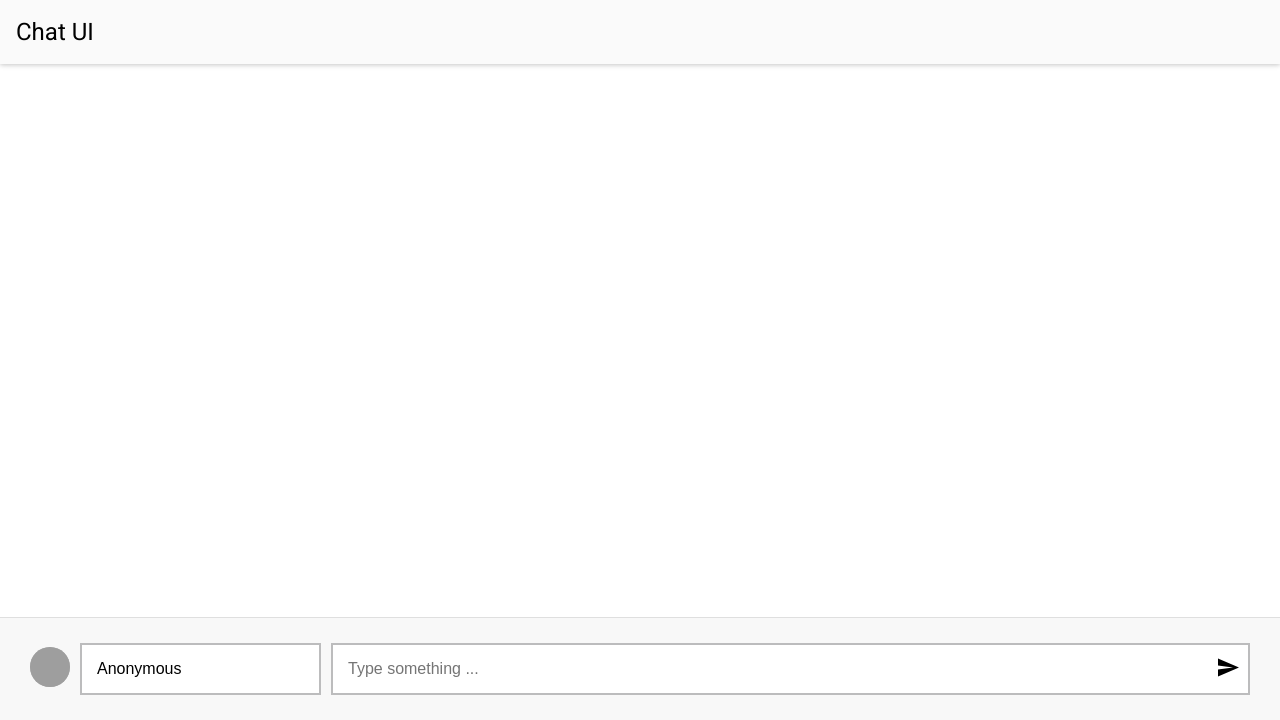
Repository: Faradey27/chat-ui
Page: /
An editor plug-in stored every save of this project. The page is shown before and after the next save, followed by the edit.
The browser window is 1280 px wide. The pictures show the whole page.
Pictures or frames that could not be fetched are drawn as grey boxes. The page's requests for data from a server got no answer. The project was rebuilt for these pictures with package versions that can differ from the ones it lists, and the page was loaded fresh each time. No one was signed in, and anything a server would have sent is missing. Also part of the build but not shown: src/components/MessageUsername/MessageUsername.js, src/components/MessageUsername/index.js, src/components/MessageText/MessageText.js, src/components/MessageText/index.js, src/components/MessageDate/MessageDate.js, src/components/MessageDate/index.js, src/components/Message/Message.js.

Above is the page before, as saved 2018-03-03 23:34:50.

### public/index.html
<!DOCTYPE html>
<html lang="en">
  <head>
    <meta charset="utf-8">
    <meta name="viewport" content="width=device-width, initial-scale=1, shrink-to-fit=no">
    <meta name="theme-color" content="#000000">
    <link rel="manifest" href="%PUBLIC_URL%/manifest.json">
    <link rel="shortcut icon" href="%PUBLIC_URL%/favicon.ico">
    <link href="https://fonts.googleapis.com/css?family=Roboto:300,400,700" rel="stylesheet">
    <title>Chat UI</title>
  </head>
  <body>
    <noscript>
      You need to enable JavaScript to run this app.
    </noscript>
    <div id="root"></div>
  </body>
</html>

### src/index.js
import React from 'react';
import ReactDOM from 'react-dom';
import { Provider } from 'react-redux';
import { MuiThemeProvider } from 'material-ui/styles';

import io from "socket.io-client";
import Chat from './containers/Chat';
import configureStore from './data/store/configureStore';
import SocketConnector from './services/SocketConnector';
import StorageConnector from './services/StorageConnector';
import registerServiceWorker from './services/pwa/registerServiceWorker';

import './index.css';

// setuped sockets
const socketIO = io("https://spotim-demo-chat-server.herokuapp.com");
const socket = new SocketConnector({eventName: 'spotim/chat', socket: socketIO});

// setuped redux related things
const storage = new StorageConnector({appName: 'chat-ui-user', storage: window.localStorage}); // localStorage or session storage
const savedUser = storage.getItem('store.user');
const preloadedState = {user: savedUser || {name: 'Anonymous', avatar: ''}};
const reduxStore = configureStore(preloadedState, storage);


ReactDOM.render(
  <Provider store={reduxStore}>
    <MuiThemeProvider>
      <Chat socket={socket}/>
    </MuiThemeProvider>
  </Provider>,
  document.getElementById('root')
);

/*
  As we want to be PWA app, we need to become offline friendly, for this reason we register service worker
*/
registerServiceWorker();

### src/data/store/configureStore.js
if (process.env.NODE_ENV === 'production' || process.env.NODE_ENV === 'test') {
  module.exports = require('./configureStore.prod')
} else {
  module.exports = require('./configureStore.dev')
}

### src/services/SocketConnector.js
import { CHAT_IDENTEFICATOR } from './../config';

const isValidMessage = (message) => message.id && message.text && message.user && message.date;
const isAuthorizedMessage = (message) => message.identificator === CHAT_IDENTEFICATOR;

class SocketConnector {
  eventName = '';
  socket = null;
  connected = false;

  constructor({eventName, socket}) {
    this.eventName = eventName;
    this.socket = socket;
  }

  connect = ({onMessage}) => {
    this.socket.on("connect", () => {
      console.info("connected to chat server!");
      this.connected = true;
    });
    this.socket.on(this.eventName, (message) => this.handleMessage({message, onMessage}));
    this.socket.on("disconnect", () => {
      console.info("disconnected to chat server!");
      this.connected = false;
    });
  }

  handleMessage = ({message, onMessage}) => {
    // as our api services do not have any auth or any client separation, we need to detect somehow just our messages
    if (!isAuthorizedMessage(message)) {
      console.info('We received message from bad guys');
      return -1;
    }
    // we want to skip bad messages
    if (!isValidMessage(message)) {
      console.info('We received invalid message');
      return -1;
    }

    onMessage(message)
  }

  emitMessage(message) {
    this.socket.emit(this.eventName, message);
  }
}

export default SocketConnector;

### src/services/StorageConnector.js
class SocketConnector {
  appName = '';
  storage = null;

  constructor({appName, storage}) {
    this.appName = appName;
    this.storage = storage;
  }

  _getMaskedKey = (key) => `${this.appName}-${key}`;

  setItem(key, value) {
    this.storage.setItem(this._getMaskedKey(key), JSON.stringify(value));
  }

  getItem(key) {
    const item = this.storage.getItem(this._getMaskedKey(key));
    if (!item) {
      return '';
    }

    try {
      return JSON.parse(item);
    } catch (e) {
      throw e;
    }
  }

  removeItem(key) {
    this.storage.removeItem(this._getMaskedKey(key));
  }
}

export default SocketConnector;

### src/services/pwa/registerServiceWorker.js
// In production, we register a service worker to serve assets from local cache.

// This lets the app load faster on subsequent visits in production, and gives
// it offline capabilities. However, it also means that developers (and users)
// will only see deployed updates on the "N+1" visit to a page, since previously
// cached resources are updated in the background.

// To learn more about the benefits of this model, read https://goo.gl/KwvDNy.
// This link also includes instructions on opting out of this behavior.

const isLocalhost = Boolean(
  window.location.hostname === 'localhost' ||
    // [::1] is the IPv6 localhost address.
    window.location.hostname === '[::1]' ||
    // 127.0.0.1/8 is considered localhost for IPv4.
    window.location.hostname.match(
      /^127(?:\.(?:25[0-5]|2[0-4][0-9]|[01]?[0-9][0-9]?)){3}$/
    )
);

export default function register() {
  if (process.env.NODE_ENV === 'production' && 'serviceWorker' in navigator) {
    // The URL constructor is available in all browsers that support SW.
    const publicUrl = new URL(process.env.PUBLIC_URL, window.location);
    if (publicUrl.origin !== window.location.origin) {
      // Our service worker won't work if PUBLIC_URL is on a different origin
      // from what our page is served on. This might happen if a CDN is used to
      // serve assets; see https://github.com/facebookincubator/create-react-app/issues/2374
      return;
    }

    window.addEventListener('load', () => {
      const swUrl = `${process.env.PUBLIC_URL}/service-worker.js`;

      if (isLocalhost) {
        // This is running on localhost. Lets check if a service worker still exists or not.
        checkValidServiceWorker(swUrl);

        // Add some additional logging to localhost, pointing developers to the
        // service worker/PWA documentation.
        navigator.serviceWorker.ready.then(() => {
          console.log(
            'This web app is being served cache-first by a service ' +
              'worker. To learn more, visit https://goo.gl/SC7cgQ'
          );
        });
      } else {
        // Is not local host. Just register service worker
        registerValidSW(swUrl);
      }
    });
  }
}

function registerValidSW(swUrl) {
  navigator.serviceWorker
    .register(swUrl)
    .then(registration => {
      registration.onupdatefound = () => {
        const installingWorker = registration.installing;
        installingWorker.onstatechange = () => {
          if (installingWorker.state === 'installed') {
            if (navigator.serviceWorker.controller) {
              // At this point, the old content will have been purged and
              // the fresh content will have been added to the cache.
              // It's the perfect time to display a "New content is
              // available; please refresh." message in your web app.
              console.log('New content is available; please refresh.');
            } else {
              // At this point, everything has been precached.
              // It's the perfect time to display a
              // "Content is cached for offline use." message.
              console.log('Content is cached for offline use.');
            }
          }
        };
      };
    })
    .catch(error => {
      console.error('Error during service worker registration:', error);
    });
}

function checkValidServiceWorker(swUrl) {
  // Check if the service worker can be found. If it can't reload the page.
  fetch(swUrl)
    .then(response => {
      // Ensure service worker exists, and that we really are getting a JS file.
      if (
        response.status === 404 ||
        response.headers.get('content-type').indexOf('javascript') === -1
      ) {
        // No service worker found. Probably a different app. Reload the page.
        navigator.serviceWorker.ready.then(registration => {
          registration.unregister().then(() => {
            window.location.reload();
          });
        });
      } else {
        // Service worker found. Proceed as normal.
        registerValidSW(swUrl);
      }
    })
    .catch(() => {
      console.log(
        'No internet connection found. App is running in offline mode.'
      );
    });
}

export function unregister() {
  if ('serviceWorker' in navigator) {
    navigator.serviceWorker.ready.then(registration => {
      registration.unregister();
    });
  }
}

### src/index.css
/*
  here we have global styles that need to be applied for whole page(like normalisation)
*/

body {
  margin: 0;
  padding: 0;
  font-family: Roboto;
}

### src/containers/Chat/Chat.js
import React from 'react';
import { func, instanceOf } from 'prop-types';
import { connect } from 'react-redux';
import AppBar from 'material-ui/AppBar';
import { grey50 } from 'material-ui/styles/colors';
import { css } from 'emotion';
import { addMessage } from './../../data/messages/messagesActions';
import SocketConnector from '../../services/SocketConnector';
import MessageCreationArea from './../MessageCreationArea';
import MessageListArea from './../MessageListArea';
import Column from './../../components/Column';

const chatStyles = css`
  height: 100vh;
  display: flex;
  flex-direction: column;
`;

class Chat extends React.Component {
  static propTypes = {
    socket: instanceOf(SocketConnector).isRequired,
    addMessage: func.isRequired, // dispatched action from react-redux
  }

  componentDidMount() {
    this.props.socket.connect({onMessage: this.props.addMessage})
  }

  handleMessageAdd = (message) => this.props.socket.emitMessage(message)

  render() {
    return (
      <div
        className={chatStyles}
        data-hook="chat"
      >
        <AppBar
          titleStyle={{color: 'initial'}}
          style={{ backgroundColor: grey50 }}
          iconElementLeft={<span/>}
          title="Chat UI"
        />
        <Column>
          <MessageListArea />
          <MessageCreationArea onMessageAdd={this.handleMessageAdd}/>
        </Column>
      </div>
    );
  }
}

export default connect(null, { addMessage })(Chat);

### src/data/store/configureStore.dev.js
import { createStore, applyMiddleware } from 'redux';
import { createLogger } from 'redux-logger';
import rootReducer from './rootReducer';
import saveUserToStorageMiddleware from './../middleware/saveUserToStorage';

const configureStore = (preloadedState, storage) => {
  const store = createStore(
    rootReducer,
    preloadedState,
    applyMiddleware(createLogger(), saveUserToStorageMiddleware(storage))
  );

  return store;
}

export default configureStore;

### src/config.js
export const CHAT_IDENTEFICATOR = 'APPLICATION_INDENTIFICATOR_942345';

### src/data/messages/messagesActions.js
export const ADD_MESSAGE = 'ADD_MESSAGE';
export const addMessage = (message) => ({
  type: ADD_MESSAGE,
  message,
})

### src/containers/MessageCreationArea/index.js
export { default } from './MessageCreationArea';

### src/containers/MessageListArea/index.js
export { default } from './MessageListArea';

### src/components/Column/index.js
export {default} from './Column';

### src/data/store/rootReducer.js
import { combineReducers } from 'redux';
import messages from './../messages/messagesReducer';
import user from './../user/userReducer';

const rootReducer = combineReducers({
  messages,
  user,
});

export default rootReducer;

### src/data/middleware/saveUserToStorage.js
import { SET_USER_AVATAR, SET_USER_NAME } from './../user/userActions';

const middleware = (storage) => (store) => (next) => (action) => {
  next(action);

  if (action.type === SET_USER_AVATAR || action.type === SET_USER_NAME) {
    storage.setItem('store.user', store.getState().user);
  }
}

export default middleware;

### src/containers/MessageCreationArea/MessageCreationArea.js
import React from 'react';
import { shape, string, func } from 'prop-types';
import uuidv4 from 'uuid/v4';
import { connect } from 'react-redux';
import { selectUser } from './../../data/user/userSelectors';
import { setUserAvatar, setUsername } from './../../data/user/userActions';
import MessageCreationAreaView from './MessageCreationAreaView';
import { CHAT_IDENTEFICATOR } from './../../config';
import avatars from './../../assets/avatars';

const getRandomAvatar = () => avatars[Math.floor(Math.random() * avatars.length)]

class MessageCreationArea extends React.Component {
  static propTypes = {
    user: shape({ // from redux store
      name: string,
      avatar: string,
    }),
    setUserAvatar: func, // redux action
    setUsername: func, // redux action
    onMessageAdd: func.isRequired,
  }

  state = {
    messageText: '',
  }

  componentDidMount() {
    if (!this.props.user.avatar) {
      this.props.setUserAvatar(getRandomAvatar());
    }
  }

  handleMessageChange = (messageText) => this.setState({messageText})

  handleMessageAdd = () => {
    if (!this.state.messageText) {
      return null;
    }

    this.props.onMessageAdd({
      id: uuidv4(),
      text: this.state.messageText,
      date: Date.now(),
      user: {
        name: this.props.user.name,
        avatar: this.props.user.avatar,
      },
      identificator: CHAT_IDENTEFICATOR
    });

    this.resetMessage();
  }

  resetMessage = () => this.handleMessageChange('')

  render() {
    return (
      <MessageCreationAreaView
        avatar={this.props.user.avatar}
        username={this.props.user.name}
        messageText={this.state.messageText}
        onMessageAdd={this.handleMessageAdd}
        onMessageChange={this.handleMessageChange}
        onUsernameChange={this.props.setUsername}
      />
    );
  }
}

export default connect(
  (state) => ({
    user: selectUser(state)
  }),
  { setUsername, setUserAvatar }
)(MessageCreationArea);

### src/containers/MessageListArea/MessageListArea.js
import React from 'react';
import { array } from 'prop-types';
import { connect } from 'react-redux';
import MessageListAreaView from './MessageListAreaView';
import { selectMessages } from './../../data/messages/messagesSelectors';

class MessageListArea extends React.Component {
  static propTypes = {
    messages: array, // from store
  }

  render() {
    return (
      <MessageListAreaView messages={this.props.messages}/>
    );
  }
}

export default connect((state) => ({ messages: selectMessages(state)}))(MessageListArea);

### src/components/Column/Column.js
import React from 'react';
import { css } from 'emotion';

const columnStyles = css`
  position: relative;
  display: flex;
  flex: 1;
  flex-direction: column;
`;

export default ({children}) => (
  <div className={columnStyles}>
    {children}
  </div>
);

### src/data/messages/messagesReducer.js
import { ADD_MESSAGE } from './messagesActions';

const messages = (state = [], action) => {
  switch (action.type) {
    case ADD_MESSAGE:
      return [...state, action.message];
    default:
      return state;
  }
};

export default messages;

### src/data/user/userReducer.js
import { SET_USER_AVATAR, SET_USER_NAME } from './userActions';

const user = (state = {avatar: '', name: ''}, action) => {
  switch (action.type) {
    case SET_USER_AVATAR:
      return {...state, avatar: action.avatar};
    case SET_USER_NAME:
      return {...state, name: action.name};
    default:
      return state;
  }
};

export default user;

### src/data/user/userActions.js
export const SET_USER_AVATAR = 'SET_USER_AVATAR';
export const setUserAvatar = (avatar) => ({
  type: SET_USER_AVATAR,
  avatar,
})

export const SET_USER_NAME = 'SET_USER_NAME';
export const setUsername = (name) => ({
  type: SET_USER_NAME,
  name,
})

### src/data/user/userSelectors.js
// TODO, in future we could start to use reselect
export const selectUser = (state) => state.user

### src/containers/MessageCreationArea/MessageCreationAreaView.js
import React from 'react';
import { string, func } from 'prop-types';
import { css } from 'emotion';
import UsernameTextField from './../../components/UsernameTextField';
import MessageTextField from './../../components/MessageTextField';
import SendButton from './../../components/SendButton';

const messageAreaStyles = css`
  background-color: #f8f8f8;
  padding: 25px 30px;
  display: flex;
  align-items: center;
  border-top: 1px solid rgba(0, 0, 0, 0.1);
`;

const messageAreaSendStyles = css`
  position: relative;
  width: 100%;
`;

class MessageCreationAreaView extends React.Component {
  static propTypes = {
    avatar: string,
    username: string,
    onMessageAdd: func,
    onMessageChange: func,
    onUsernameChange: func
  }

  handleFormSubmit = (e) => {
    e.preventDefault();
    this.props.onMessageAdd();
  }

  render() {
    return (
      <div
        className={messageAreaStyles}
        data-hook="message-creation-area"
      >
        <UsernameTextField
          avatar={this.props.avatar}
          username={this.props.username}
          onUsernameChange={this.props.onUsernameChange}
        />
        <form
          className={messageAreaSendStyles}
          onSubmit={this.handleFormSubmit}
        >
          <MessageTextField
            messageText={this.props.messageText}
            onMessageChange={this.props.onMessageChange}
          />
          <SendButton />
        </form>
      </div>
    );
  }
}

export default MessageCreationAreaView;

### src/assets/avatars.json
[
  "https://spotim-demo-chat-server.herokuapp.com/avatars/001-snorlax.png",
  "https://spotim-demo-chat-server.herokuapp.com/avatars/002-psyduck.png",
  "https://spotim-demo-chat-server.herokuapp.com/avatars/003-pikachu.png",
  "https://spotim-demo-chat-server.herokuapp.com/avatars/004-jigglypuff.png",
  "https://spotim-demo-chat-server.herokuapp.com/avatars/005-bullbasaur.png"
]

### src/containers/MessageListArea/MessageListAreaView.js
import React from 'react';
import { array } from 'prop-types';
import { css } from 'emotion';

import Message from './../../components/Message';

const messageListStyles = css`
  display: flex;
  flex-direction: column;
  height: 100%;
  overflow-y: auto;
  margin-top: 30px;
  margin-left: 30px;
  margin-right: 30px;
`;

class MessageListAreaView extends React.Component {
  static propTypes = {
    messages: array,
  }

  render() {
    return (
      <div
        className={messageListStyles}
        data-hook="message-list-area"
      >
        {this.props.messages.map((message) => <Message key={message.id} message={message}/>)}
      </div>
    );
  }
}

export default MessageListAreaView;

### src/data/messages/messagesSelectors.js
// TODO, in future we could start to use reselect
export const selectMessages = (state) => state.messages

### src/components/UsernameTextField/index.js
export { default } from './UsernameTextField';

### src/components/MessageTextField/index.js
export { default } from './MessageTextField';

### src/components/SendButton/index.js
export { default } from './SendButton';

### src/components/UsernameTextField/UsernameTextField.js
import React from 'react';
import { string, func } from 'prop-types';
import { css } from 'emotion';
import Avatar from './../Avatar';

const usernameStyles = css`
  display: flex;
  align-items: center;
  margin-right: 10px;
`;

const usernameInputStyles = css`
  font-size: 16px;
  border: 2px solid rgba(160,160,162,.7);
  padding: 15px;
  margin-left: 10px;
  outline: none;
`;

class UsernameTextField extends React.Component {
  static propTypes = {
    avatar: string,
    username: string,
    onUsernameChange: func.isRequired
  }

  handleUsernameChange = (e) => this.props.onUsernameChange(e.target.value)

  render() {
    return (
      <div
        className={usernameStyles}
        data-hook="username-text-field"
      >
        <Avatar avatar={this.props.avatar}/>
        <input
          className={usernameInputStyles}
          data-hook="username-text-field-input"
          value={this.props.username}
          onChange={this.handleUsernameChange}
        />
      </div>
    );
  }
}

export default UsernameTextField;

### src/components/MessageTextField/MessageTextField.js
import React from 'react';
import { string, func } from 'prop-types';
import { css } from 'emotion';

const textAreaStyles = css`
  font-size: 16px;
  border: 2px solid rgba(160,160,162,.7);
  width: 100%;
  padding: 15px;
  padding-right: 45px;
  outline: none;
  min-width: 250px;
`;

const textAreaWrapStyles = css`
  display: flex;
`;

class MessageTextField extends React.Component {
  static propTypes = {
    messageText: string,
    onMessageChange: func.isRequired,
  }

  componentDidMount() {
    this.inputNode.focus();
  }

  handleMessageChange = (e) => {
    this.props.onMessageChange(e.target.value);
  }

  render() {
    return (
      <div
        data-hook="message-text-field"
        className={textAreaWrapStyles}
      >
        <input
          ref={(node) => this.inputNode = node}
          data-hook="message-text-field-textarea"
          placeholder="Type something ..."
          className={textAreaStyles}
          value={this.props.messageText}
          onChange={this.handleMessageChange}
        />
      </div>
    );
  }
}

export default MessageTextField;

### src/components/SendButton/SendButton.js
import React from 'react';
import { func } from 'prop-types';
import { css } from 'emotion';

const sendButtonStyles = css`
  position: absolute;
  right: 10px;
  top: 50%;
  transform: translateY(-50%);
  background: transparent;
  border: none;
  padding: 0;
`;

class SendButton extends React.Component {
  static propTypes = {
    onClick: func,
  }

  render() {
    return (
      <div
        data-hook="send-button"
      >
        <button
          type="submit"
          className={sendButtonStyles}
          data-hook="send-button-el"
          onClick={this.props.onClick}
        >
          <svg
            height="24"
            width="24"
            viewBox="0 0 48 48"
          >
            <path d="M4.02 42l41.98-18-41.98-18-.02 14 30 4-30 4z"/>
            <path d="M0 0h48v48h-48z" fill="none"/>
          </svg>
        </button>
      </div>
    );
  }
}

export default SendButton;

### src/components/Avatar/Avatar.js
import React from 'react';
import Avatar from 'material-ui/Avatar';

export default ({avatar}) => (
  <div data-hook="avatar">
    <Avatar src={avatar}/>
  </div>
);

Loaded but not shown: src/containers/Chat/index.js (common file); src/components/Message/index.js (common file); src/components/Avatar/index.js (common file)

After the next save:
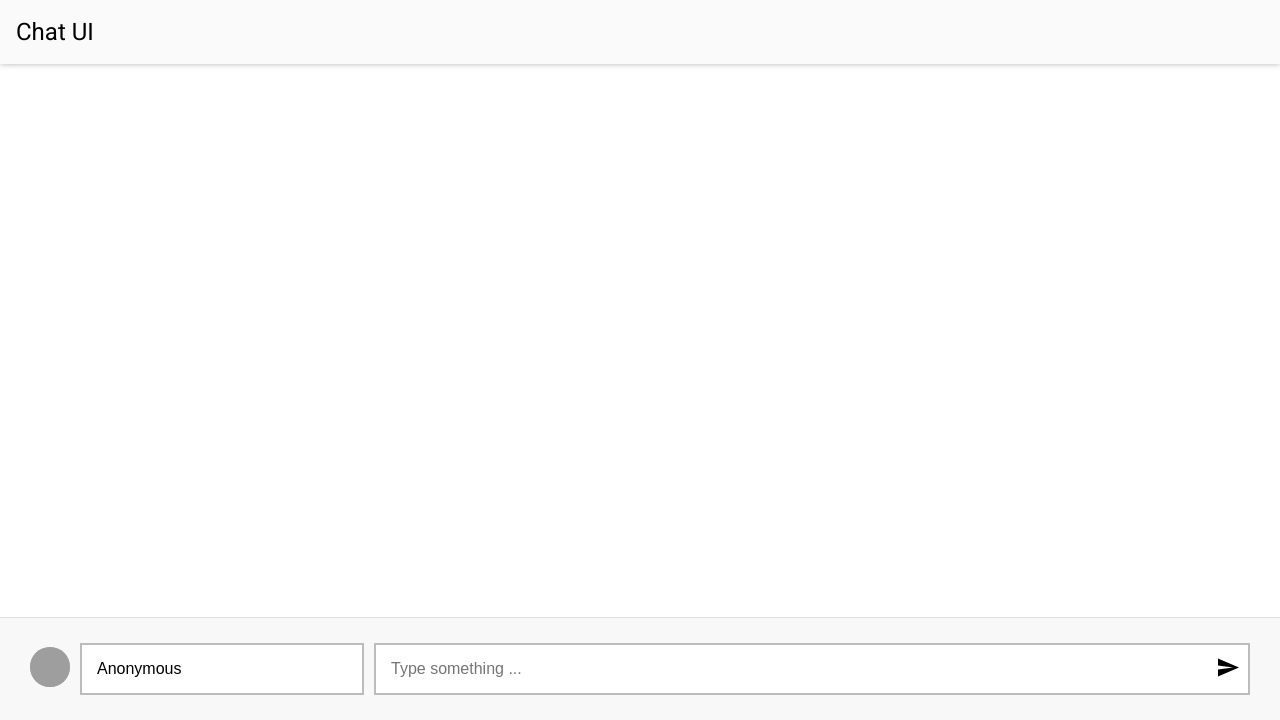
Saved 13 s later.
--- a/src/components/UsernameTextField/UsernameTextField.js
+++ b/src/components/UsernameTextField/UsernameTextField.js
@@ -15,6 +15,8 @@ const usernameInputStyles = css`
   padding: 15px;
   margin-left: 10px;
   outline: none;
+  min-width: 250px;
+  width: 100%;
 `;
 
 class UsernameTextField extends React.Component {
